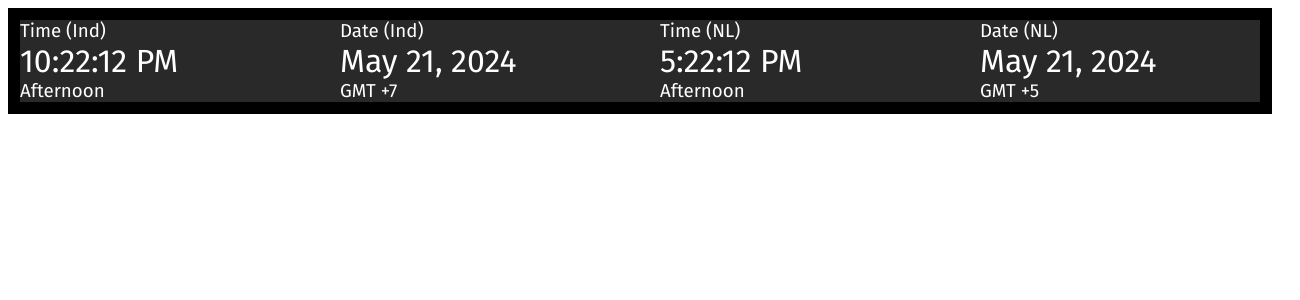
Repository: SnakeXrnt/notion-clock
Page: index.html
An editor plug-in stored every save of this project. The page is shown before and after the next save, followed by the edit.
The browser window is 1280 px wide. The page is 1300 px wide, so the pictures cover 1300 px, including what lies to the right of the window. The pictures show the whole page.

Above is the page before, as saved 2024-05-21 15:34:28.

After the next save:
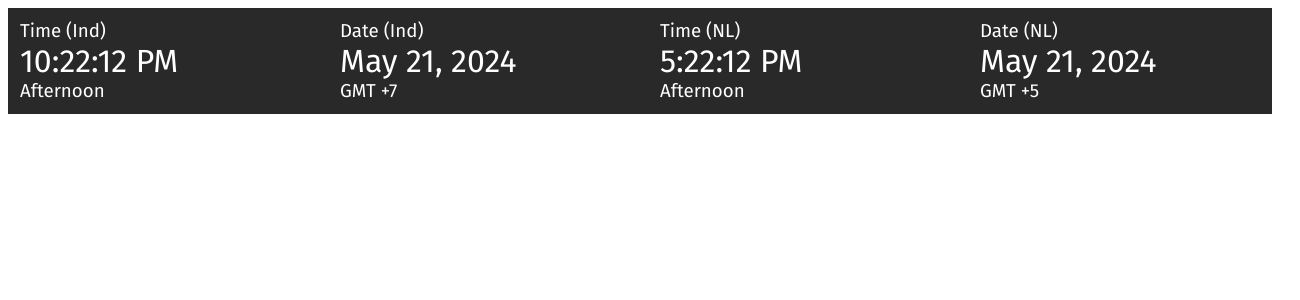
Saved 4 s later.
--- a/style.css
+++ b/style.css
@@ -2,7 +2,7 @@
     display: flex;
     flex-direction: column;
     background-color: rgb(42, 41, 41);
-    border: 1vw solid ;
+    border: 1vw solid rgb(42, 41, 41);
 }
 
 .time {
